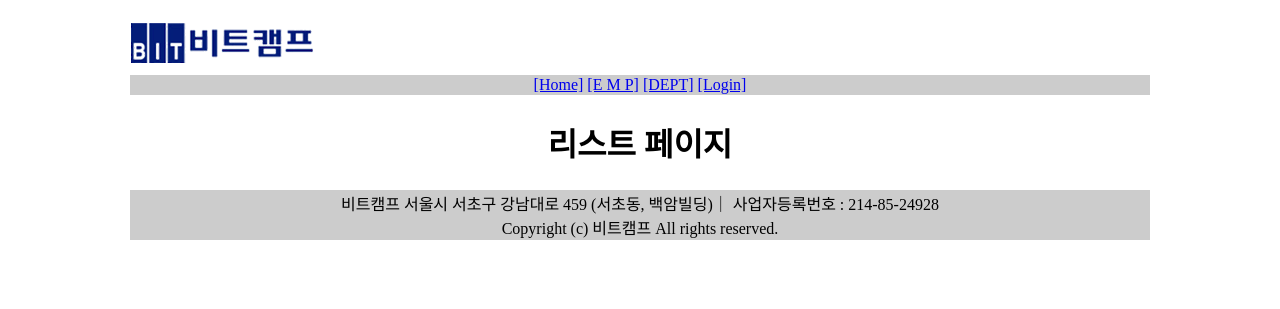
Repository: Lee-seongBeom/bitclass
Page: http://localhost/web08/emp/add.jsp
The author's editor kept a copy of each file at every save. The page is drawn from the files as they stood at one save, then again after the next save.
The browser window is 1280 px wide. The pictures show the whole page.
The page is served by Tomcat 9. Other server files are loaded and not shown.

Above is the page before, as saved 2020-07-07 01:52:15.

### web/web08/WebContent/emp/add.jsp
<%@ page language="java" contentType="text/html; charset=EUC-KR"
    pageEncoding="EUC-KR"%>
<!DOCTYPE html PUBLIC "-//W3C//DTD HTML 4.01 Transitional//EN" "http://www.w3.org/TR/html4/loose.dtd">
<html>
<head>
<meta http-equiv="Content-Type" content="text/html; charset=EUC-KR">
<title>Insert title here</title>
</head>
<body>
	<table width="1024" align="center">
		<tr>
			<td><img src="img/logo.png"></td>
		</tr>
		<tr>
			<td align="center" bgcolor="#cccccc">
				<a href="index.jsp">[Home]</a>
				<a href="emp/list.jsp">[E M P]</a>
				<a href="dept/list.jsp">[DEPT]</a>
				<a href="login/login.jsp">[Login]</a>
			</td>
		</tr>
		<tr>
			<td>
			<!--  content start-->
			<center>
			<h1>리스트 페이지</h1>

			</center>
			<!--  content  end-->
			</td>
		</tr>
		<tr>
			<td align="center" bgcolor="#cccccc">
			비트캠프 서울시 서초구 강남대로 459 (서초동, 백암빌딩)｜ 사업자등록번호 : 214-85-24928<br>
			Copyright (c) 비트캠프 All rights reserved.
			</td>
		</tr>
	</table>
</body>
</html>

After the next save:
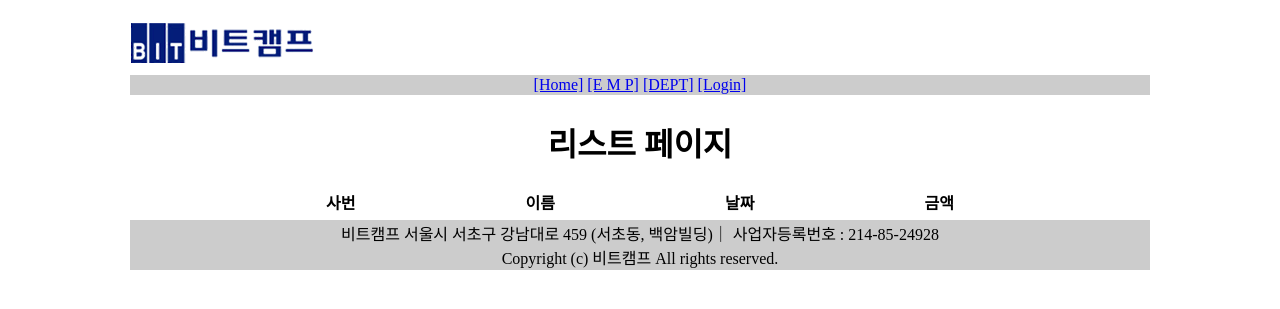
Saved 37 s later.
--- a/web/web08/WebContent/emp/add.jsp
+++ b/web/web08/WebContent/emp/add.jsp
@@ -24,7 +24,14 @@
 			<!--  content start-->
 			<center>
 			<h1>리스트 페이지</h1>
-
+			<table width="800">
+				<tr>
+					<th>사번</th>
+					<th>이름</th>
+					<th>날짜</th>
+					<th>금액</th>
+				</tr>
+			</table>
 			</center>
 			<!--  content  end-->
 			</td>
